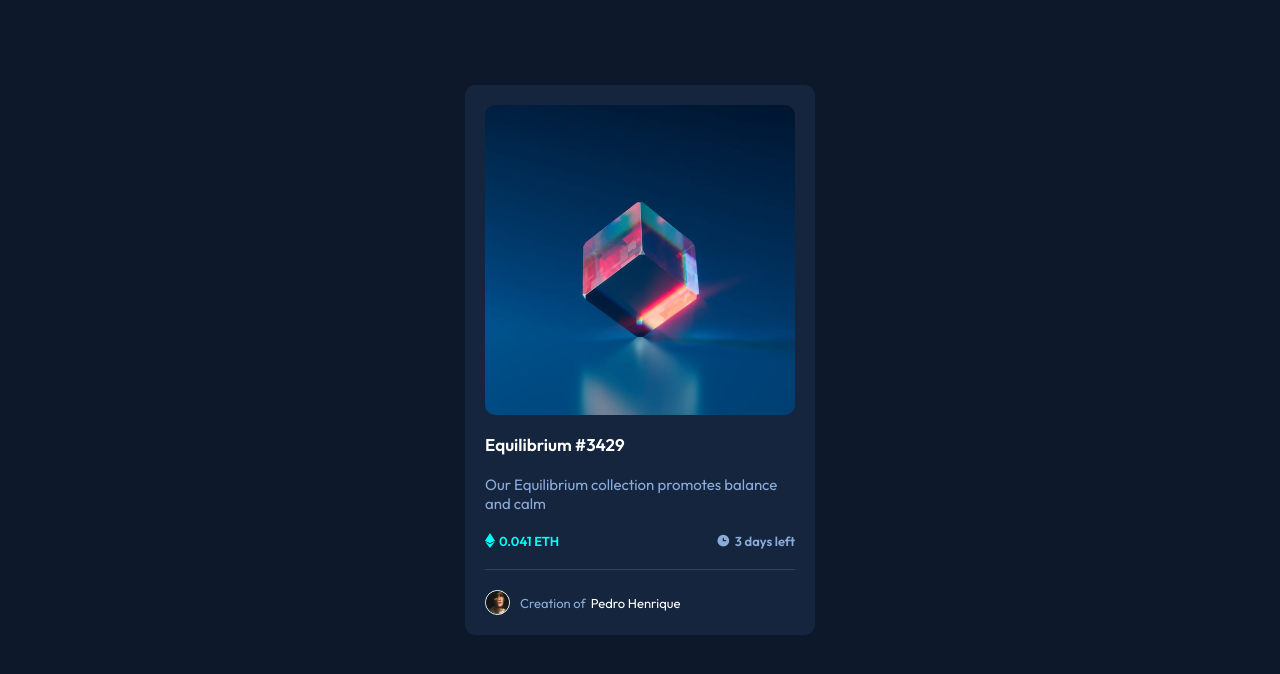
Repository: PedroHEAA/nft
Page: index.html
An editor plug-in stored every save of this project. The page is shown before and after a run of saves, followed by the edit.
The browser window is 1280 px wide. The pictures show the whole page.
The pointer rests on the first visible `.card .title`.

Above is the page before, as saved 2022-11-04 19:33:40.

After the next 3 saves:
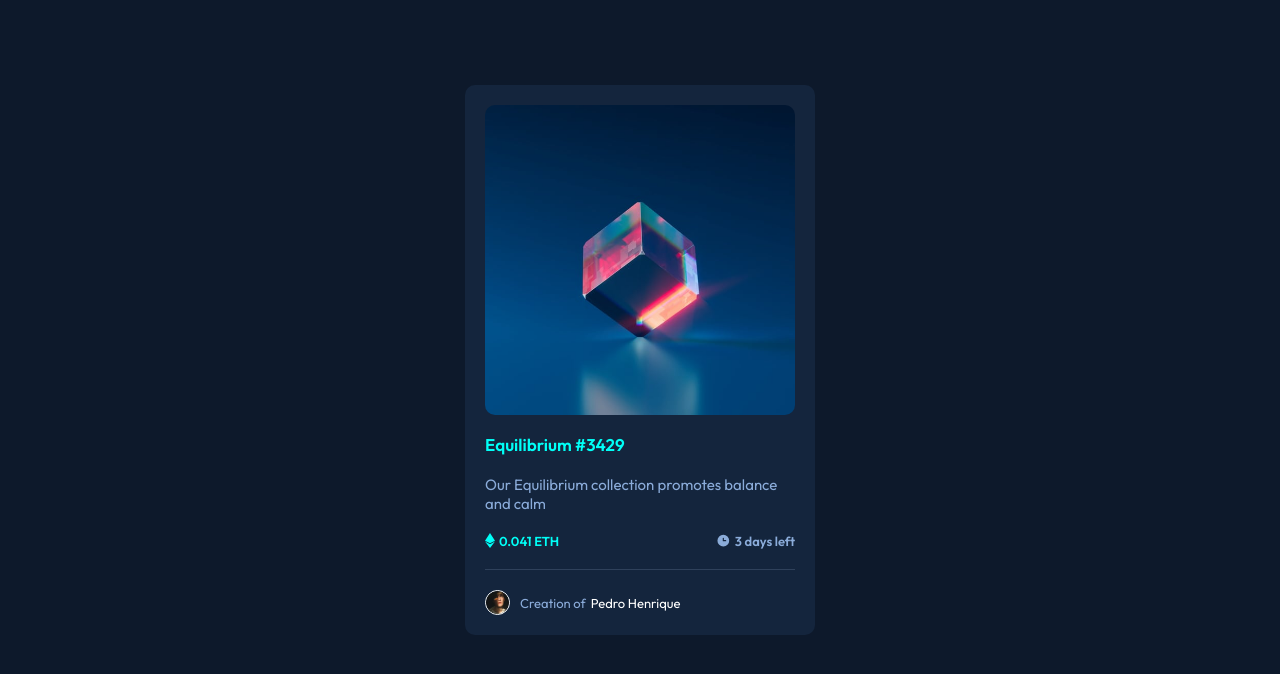
The 3 saves are shown as one change because they came seconds apart.
The last was saved 10 s later.
--- a/src/css/style.css
+++ b/src/css/style.css
@@ -31,7 +31,8 @@
 }
 
 .card .title:hover{
-    cursor: ;
+    cursor: pointer;
+    color: var(--angle-color);
 }
 
 .card .card-description{
